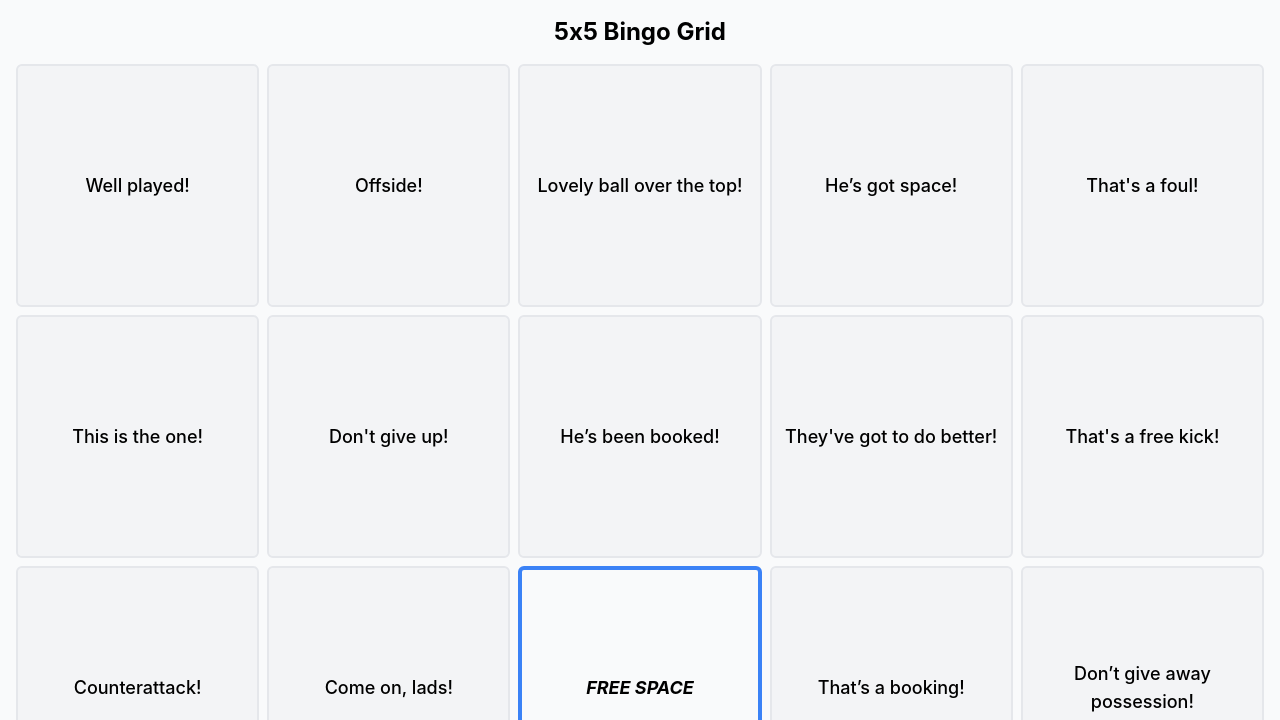
Repository: yassirbn/football-bingo
Page: /
These files come from the project's save history. The page is drawn as it stood at one moment and after the next save; the edit follows.
The browser window is 1280 px wide. The pictures show the whole page.
The project was rebuilt for these pictures with package versions that can differ from the ones it lists, and the page was loaded fresh each time.

Above is the page before, as saved 2024-11-26 18:34:43.

### src/index.css

@import url('https://fonts.googleapis.com/css2?family=Caveat:wght@400;700&display=swap');

@tailwind base;
@tailwind components;
@tailwind utilities;


body {
  margin: 0;
  font-family: -apple-system, BlinkMacSystemFont, 'Segoe UI', 'Roboto', 'Oxygen',
    'Ubuntu', 'Cantarell', 'Fira Sans', 'Droid Sans', 'Helvetica Neue',
    sans-serif;
  -webkit-font-smoothing: antialiased;
  -moz-osx-font-smoothing: grayscale;
}

code {
  font-family: source-code-pro, Menlo, Monaco, Consolas, 'Courier New',
    monospace;
}

### src/App.js
import React from "react";
import BingoGrid from "./component/BingoGrid/BingoGrid";


const App = () => {
  const words  = [
    "What a save!",
    "Offside!",
    "Penalty! Oh, no!",
    "Pass the ball!",
    "That's a dive!",
    "Red card!",
    "Goal! What a strike!",
    "He's on fire!",
    "Foul!",
    "Clear it!",
    "He's through on goal!",
    "Nice touch!",
    "What a tackle!",
    "Great cross!",
    "Counterattack!",
    "He’s injured!",
    "Come on, ref!",
    "Get it in the box!",
    "Keeper's got it!",
    "That's a foul!",
    "No way! That’s a dive!",
    "Good save, keeper!",
    "What a ball!",
    "Hold it up!",
    "Look at that footwork!",
    "Get stuck in!",
    "That’s a booking!",
    "Lovely ball over the top!",
    "That’s a terrible miss!",
    "Get back!",
    "Play to the whistle!",
    "It's all square!",
    "Time for a substitution!",
    "They’re all over them!",
    "Nice pass!",
    "He’s got space!",
    "He’s wide open!",
    "Well played!",
    "Take a shot!",
    "That’s a brilliant goal!",
    "What a finish!",
    "Come on, lads!",
    "Don't give up!",
    "He's made a run!",
    "Get the ball out of there!",
    "Hold the line!",
    "He’s been booked!",
    "That's a red card!",
    "This could be it!",
    "He’s in the clear!",
    "It’s a goal kick!",
    "That's a free kick!",
    "Shoot! Shoot!",
    "That's too easy!",
    "They've got to do better!",
    "He's off the ball!",
    "Put it in the back of the net!",
    "This is getting tense!",
    "He’s looking dangerous!",
    "Don’t give away possession!",
    "He’s gone down easy!",
    "That's a top save!",
    "This is the one!",
    "Make it count!"
  ];


  return (
    <div className="min-h-screen bg-gray-50 flex items-center justify-center">
      <BingoGrid words={words} />
    </div>
  );
};

export default App;

### src/component/BingoGrid/BingoGrid.js
import React, { useState } from "react";

const BingoGrid = ({ words }) => {
  const gridSize = 5; // 5x5 grid
  const totalCells = gridSize * gridSize;

  // Shuffle words only once and store in state
  const initializeGrid = () => {
    const shuffledWords = [...words].sort(() => 0.5 - Math.random()).slice(0, totalCells);

    // Fill with placeholders if not enough words
    while (shuffledWords.length < totalCells) {
      shuffledWords.push("PLACEHOLDER");
    }

    // Replace the center cell with "FREE SPACE"
    const centerIndex = Math.floor(totalCells / 2);
    shuffledWords[centerIndex] = "FREE SPACE";

    return shuffledWords;
  };

  const [gridWords] = useState(initializeGrid);
  const [selectedCells, setSelectedCells] = useState(
    Array(totalCells).fill(false).map((_, i) => i === Math.floor(totalCells / 2)) // Center (FREE SPACE) is pre-selected
  );
  const [bingo, setBingo] = useState(false);

  // Handle cell click
  const handleCellClick = (index) => {
    if (gridWords[index] === "FREE SPACE" || selectedCells[index]) return; // Ignore clicks on FREE SPACE or already selected cells

    const updatedSelection = [...selectedCells];
    updatedSelection[index] = true;
    setSelectedCells(updatedSelection);

    // Check for Bingo
    checkForBingo(updatedSelection);
  };

  // Check for Bingo
  const checkForBingo = (selected) => {
    const checkLine = (line) => line.every((index) => selected[index]);

    // Generate all rows, columns, and diagonals
    const rows = Array.from({ length: gridSize }, (_, i) =>
      Array.from({ length: gridSize }, (_, j) => i * gridSize + j)
    );
    const cols = Array.from({ length: gridSize }, (_, i) =>
      Array.from({ length: gridSize }, (_, j) => j * gridSize + i)
    );
    const diagonal1 = Array.from({ length: gridSize }, (_, i) => i * gridSize + i);
    const diagonal2 = Array.from({ length: gridSize }, (_, i) => (i + 1) * gridSize - (i + 1));

    const lines = [...rows, ...cols, diagonal1, diagonal2];

    if (lines.some(checkLine)) {
      setBingo(true); // Set Bingo to true to trigger animations
    }
  };

  return (
    <div className="p-4 relative h-screen overflow-hidden">
      {/* Fireworks Animation */}
      {bingo && (
        <div className="absolute inset-0 z-20 flex justify-center items-center pointer-events-none">
          {/* Firework Particles */}
          {Array.from({ length: 300 }).map((_, idx) => (
            <div
              key={idx}
              className="fireworks-particle w-4 h-4 rounded-full absolute animate-fireworks"
              style={{
                "--x": `${Math.random() * 120 - 60}vw`, // Expanded X direction
                "--y": `${Math.random() * 120 - 60}vh`, // Expanded Y direction
                "--size": `${Math.random() * 10 + 5}px`, // Random size (larger particles)
                "--duration": `${Math.random() * 2 + 1.5}s`, // Increased duration for longer explosion
                "--delay": `${Math.random() * 0.5}s`, // Random delay
                backgroundColor: `hsl(${Math.random() * 360}, 100%, 50%)`, // Random color (HSL)
                transform: `rotate(${Math.random() * 360}deg)` // Random rotation for more chaos
              }}
            ></div>
          ))}
        </div>
      )}

      {/* Bingo Text Animation */}
      {bingo && (
        <div className="absolute inset-0 flex items-center justify-center z-10 animate-bingo-fade">
          <h2 className="text-7xl sm:text-8xl md:text-9xl lg:text-10xl font-extrabold text-red-600 animate-bingo-shake">
            BINGO!
          </h2>
        </div>
      )}

      {/* Bingo Grid */}
      <h1 className="text-center text-2xl font-bold mb-4">5x5 Bingo Grid</h1>
      <div
        className="grid gap-2"
        style={{
          gridTemplateColumns: `repeat(${gridSize}, minmax(50px, 1fr))`,
        }}
      >
        {gridWords.map((word, index) => (
          <div
            key={index}
            className={`flex items-center justify-center border-2 rounded-md text-center font-medium aspect-square p-2
              ${selectedCells[index] ? "bg-transparent border-4 border-blue-500 rounded-full" : "bg-gray-100 hover:bg-blue-200 cursor-pointer"}
              ${word === "FREE SPACE" ? "cursor-default" : ""}`}
            onClick={() => handleCellClick(index)}
          >
            <span
              className={`break-words text-xs sm:text-sm md:text-base lg:text-lg ${word === "FREE SPACE" ? "font-bold italic" : ""}`}
            >
              {word}
            </span>
          </div>
        ))}
      </div>
    </div>
  );
};

export default BingoGrid;

### tailwind.config.js
/** @type {import('tailwindcss').Config} */
module.exports = {
  content: ['./src/**/*.{js,jsx,ts,tsx}'],
  theme: {
    extend: {
      fontFamily: {
        handwritten: ["'Caveat'", "cursive"],
      },
      animation: {
        fireworks: "fireworks 1.5s ease-out forwards",
        "bingo-fade": "bingo-fade 2s ease-out forwards",
        "bingo-shake": "bingo-shake 0.5s ease-in-out infinite",
      },
      keyframes: {
        fireworks: {
          "0%": {
            transform: "scale(0) translate(0, 0)",
            opacity: 1,
          },
          "50%": {
            transform: "scale(1) translate(var(--x), var(--y))",
            opacity: 1,
          },
          "100%": {
            transform: "scale(2) translate(var(--x), var(--y))",
            opacity: 0,
          },
        },
        "bingo-fade": {
          "0%": { opacity: 0 },
          "100%": { opacity: 1 },
        },
        "bingo-shake": {
          "0%": { transform: "rotate(0)" },
          "25%": { transform: "rotate(5deg)" },
          "50%": { transform: "rotate(0)" },
          "75%": { transform: "rotate(-5deg)" },
          "100%": { transform: "rotate(0)" },
        },
      },
    },
  },
  plugins: [],
}

Loaded but not shown: public/index.html (common file); src/index.js (common file); src/reportWebVitals.js (common file)

After the next save:
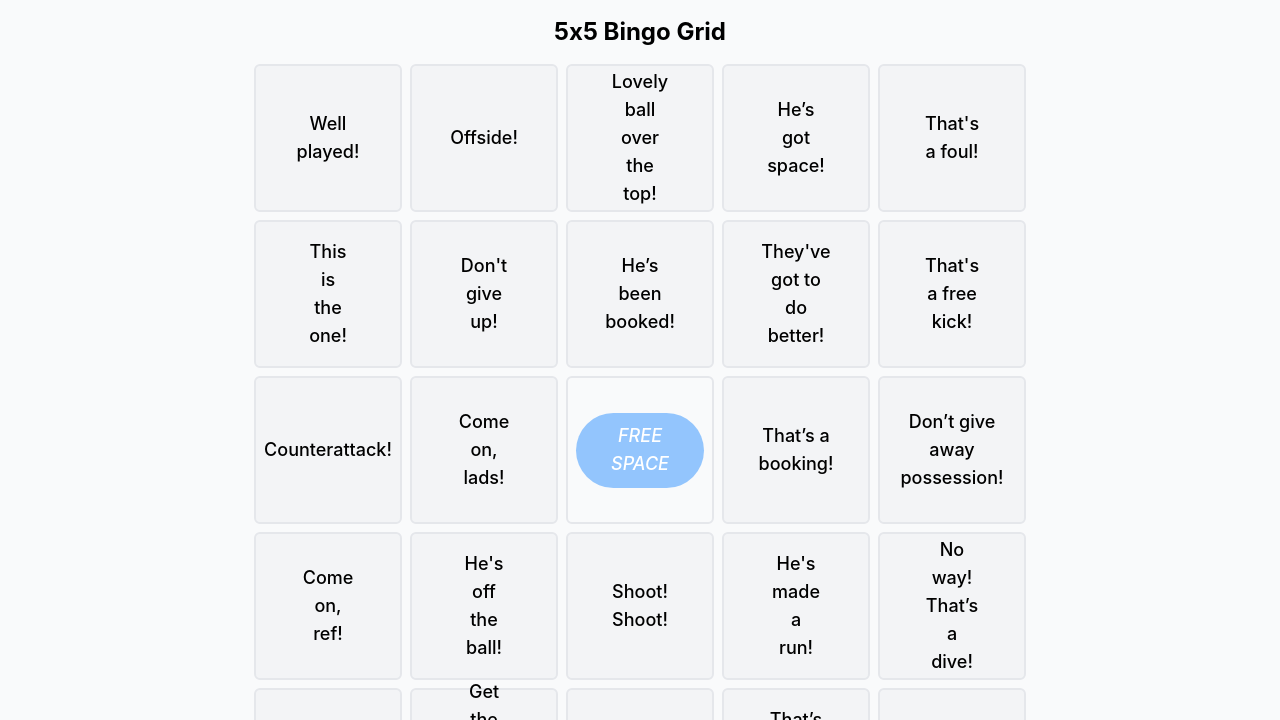
Saved 10 s later.
--- a/src/component/BingoGrid/BingoGrid.js
+++ b/src/component/BingoGrid/BingoGrid.js
@@ -104,15 +104,30 @@ const BingoGrid = ({ words }) => {
           <div
             key={index}
             className={`flex items-center justify-center border-2 rounded-md text-center font-medium aspect-square p-2
-              ${selectedCells[index] ? "bg-transparent border-4 border-blue-500 rounded-full" : "bg-gray-100 hover:bg-blue-200 cursor-pointer"}
+              ${selectedCells[index] ? "bg-transparent" : "bg-gray-100 hover:bg-blue-200 cursor-pointer"}
               ${word === "FREE SPACE" ? "cursor-default" : ""}`}
             onClick={() => handleCellClick(index)}
           >
-            <span
-              className={`break-words text-xs sm:text-sm md:text-base lg:text-lg ${word === "FREE SPACE" ? "font-bold italic" : ""}`}
+            <div
+              className={`${
+                selectedCells[index]
+                  ? "bg-blue-300 text-white" // Selected cells get a blue background
+                  : "bg-transparent"
+              } rounded-full flex items-center justify-center
+              ${word === "FREE SPACE" ? "font-bold italic" : ""}
+              py-3 px-6 sm:py-4 sm:px-8 md:py-6 md:px-12 lg:py-8 lg:px-16`}
+              style={{
+                width: "75px", // Adjusted for mobile/tablet responsiveness
+                height: "75px", // Adjusted for mobile/tablet responsiveness
+                minWidth: "75px", // Ensures the circle doesn't shrink smaller than this
+              }}
             >
-              {word}
-            </span>
+              <span
+                className={`text-xs sm:text-sm md:text-base lg:text-lg font-medium`}
+              >
+                {word}
+              </span>
+            </div>
           </div>
         ))}
       </div>
